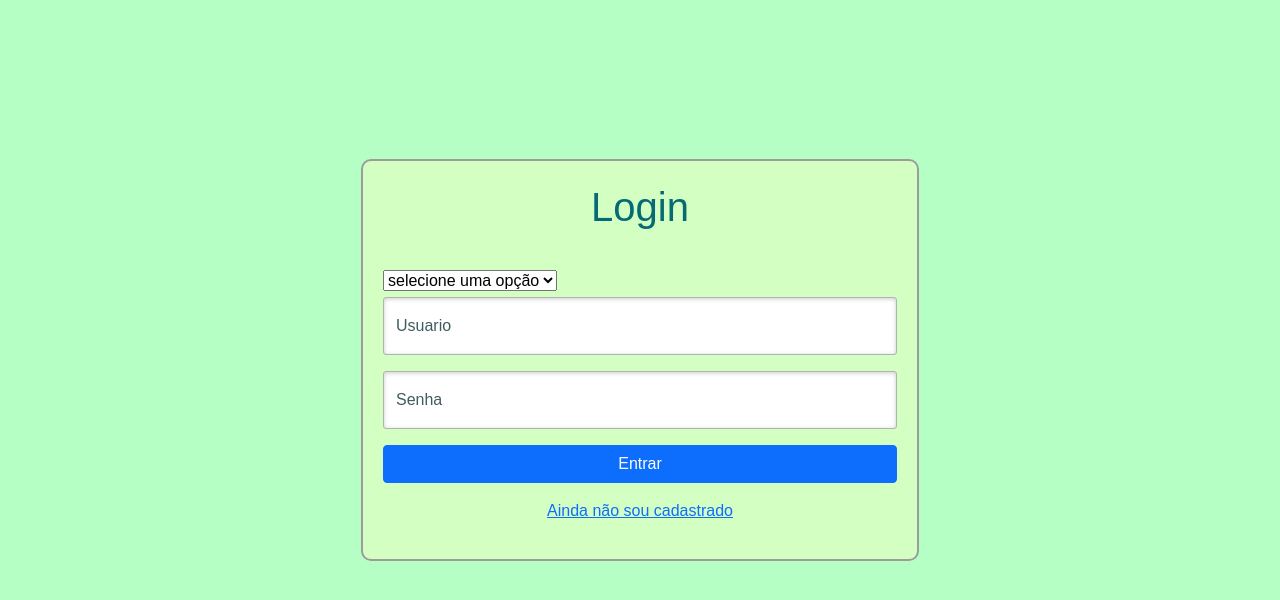
Repository: DavidCostaMariano/gsjava
Page: http://localhost/GsJava/form/formAgendarConsulta.jsp
An editor plug-in stored every save of this project. The page is shown before and after the next save, followed by the edit.
The browser window is 1280 px wide. The pictures show the whole page.
The page is served by Tomcat 9. Other server files are loaded and not shown.

Above is the page before, as saved 2023-11-15 19:15:56.

### GsJava/src/main/webapp/form/formAgendarConsulta.jsp
<%@ page language="java" contentType="text/html; charset=UTF-8"
	pageEncoding="UTF-8"%>
<!DOCTYPE html>
<html>
<head>
<meta charset="ISO-8859-1">
<title>Cliente - Agendar Consulta</title>
<meta name="viewport" content="width=device-width, initial-scale=1.0">
<link rel="stylesheet" type="text/css" href="css/estilo.css" />
<link
	href="https://cdn.jsdelivr.net/npm/bootstrap@5.0.2/dist/css/bootstrap.min.css"
	rel="stylesheet"
	integrity="sha384-EVSTQN3/azprG1Anm3QDgpJLIm9Nao0Yz1ztcQTwFspd3yD65VohhpuuCOmLASjC"
	crossorigin="anonymous">

</head>

<body>
	<div class="container">

		<form method="post" action="login">
			<h1>Login</h1>
			<select>
			<option value="0" disabled selected>selecione uma opção</option>
			<option value="1">Cardiologia</option>
			<option value="2">Neurologista</option>
			<option value="3">Psiquiatria</option>
			</select>
			<div class="form-floating mb-3">
				<input type="text" name="floatingInputLogin"
					class="form-control w-100" id="floatingInputLogin"
					placeholder="name@example.com"> <label
					for="floatingInputLogin">Usuario</label>
			</div>
			<div class="form-floating mb-3">
				<input type="password" name="floatingInputSenha"
					class="form-control w-100" id="floatingInputSenha"
					placeholder="MinhaSenha"> <label for="floatingInput">Senha</label>
			</div>
			<div class="d-flex justify-content-center row">
				<div class="col-12">

					<button type="submit" class="btn btn-primary w-100">Entrar</button>
				</div>
				<div class="col-12 text-center pt-3">
					<p>
						<a href="form/formCadastro.jsp">Ainda não sou cadastrado</a>
					</p>

				</div>
			</div>
		</form>
	</div>
	<script
		src="https://cdn.jsdelivr.net/npm/bootstrap@5.0.2/dist/js/bootstrap.bundle.min.js"
		integrity="sha384-MrcW6ZMFYlzcLA8Nl+NtUVF0sA7MsXsP1UyJoMp4YLEuNSfAP+JcXn/tWtIaxVXM"
		crossorigin="anonymous"></script>

</body>

</html>

### GsJava/src/main/webapp/css/estilo.css
@charset "ISO-8859-1";

body {
    height: 100vh;
    background-color: #54ff776e!important;
}

*,
*:before,
*:after {
    margin: 0;
    padding: 0;
    font-family: Arial, sans-serif;
}

/* remove a linha dos links */
a {
    text-decoration: none;
}
/* esconde as ancoras da tela */
a.links {
    display: none;
}
form{
    width: 50%;
    border: 2px #9c9c9c solid;
    border-radius: 10px;
    padding: 20px;
    background-color: #fdffc06e;
}
.container {
    height: 100%;
    display: flex;
    justify-content: center;
    align-items: center;
}

.content {
    width: 500px;
    min-height: 560px;
    margin: 0px auto;
    position: relative;
}

h1 {
    font-size: 48px;
    color: #066a75;
    padding: 2px 0 10px 0;
    font-family: Arial, sans-serif;
    font-weight: bold;
    text-align: center;
    padding-bottom: 30px;
}

/* h1:after {
    content: ' ';
    display: block;
    width: 100%;
    height: 2px;
    margin-top: 10px;
    background: -webkit-linear-gradient(left, rgba(147, 184, 189, 0) 0%, rgba(147, 184, 189, 0.8) 20%, rgba(147, 184, 189, 1) 53%, rgba(147, 184, 189, 0.8) 79%, rgba(147, 184, 189, 0) 100%);
    background: linear-gradient(left, rgba(147, 184, 189, 0) 0%, rgba(147, 184, 189, 0.8) 20%, rgba(147, 184, 189, 1) 53%, rgba(147, 184, 189, 0.8) 79%, rgba(147, 184, 189, 0) 100%);
}
 */
p {
    margin-bottom: 15px;
}

.content p:first-child {
    margin: 0px;
}

label {
    color: #405c60;
    position: relative;
}

/* placeholder */
::-webkit-input-placeholder {
    color: #bebcbc;
    font-style: italic;
}

input:-moz-placeholder,
textarea:-moz-placeholder {
    color: #bebcbc;
    font-style: italic;
}

input {
    outline: none;
}

/*estilo dos input,  menos o checkbox */
input:not([type="checkbox"]) {
    width: 95%;
    margin-top: 4px;
    padding: 10px;
    border: 1px solid #b2b2b2;

    -webkit-border-radius: 3px;
    border-radius: 3px;

    -webkit-box-shadow: 0px 1px 4px 0px rgba(168, 168, 168, 0.6) inset;
    box-shadow: 0px 1px 4px 0px rgba(168, 168, 168, 0.6) inset;

    -webkit-transition: all 0.2s linear;
    transition: all 0.2s linear;
}

/*estilo do botão submit */
input[type="submit"] {
    width: 100% !important;
    cursor: pointer;
    background: rgb(61, 157, 179);
    padding: 8px 5px;
    color: #fff;
    font-size: 20px;
    border: 1px solid #fff;
    margin-bottom: 10px;
    text-shadow: 0 1px 1px #333;

    -webkit-border-radius: 5px;
    border-radius: 5px;

    transition: all 0.2s linear;
}

/*estilo do botão submit no hover */
input[type="submit"]:hover {
    background: #4ab3c6;
}

.link {
    position: absolute;
    background: #e1eaeb;
    color: #7f7c7c;
    left: 0px;
    height: 20px;
    width: 440px;
    padding: 17px 30px 20px 30px;
    font-size: 16px;
    text-align: right;
    border-top: 1px solid #dbe5e8;

    -webkit-border-radius: 0 0 5px 5px;
    border-radius: 0 0 5px 5px;
}

.link a {
    font-weight: bold;
    background: #f7f8f1;
    padding: 6px;
    color: rgb(29, 162, 193);
    margin-left: 10px;
    border: 1px solid #cbd518;

    -webkit-border-radius: 4px;
    border-radius: 4px;

    -webkit-transition: all 0.4s linear;
    transition: all 0.4s linear;
}

.link a:hover {
    color: #39bfd7;
    background: #f7f7f7;
    border: 1px solid #4ab3c6;
}

#cadastro,
#login {
    position: absolute;
    padding: 18px 6% 60px 6%;
    margin: 0 0 35px 0;
    background: #f7f7f7;
    border: 1px solid rgba(147, 184, 189, 0.8);
    border-radius: 5px;
}

/* Efeito ao clicar no botão ( Ir para Login ) */
#paracadastro:target~.content #cadastro,
#paralogin:target~.content #login {
    z-index: 2;
    -webkit-animation-name: fadeInLeft;
    animation-name: fadeInLeft;

    -webkit-animation-delay: .1s;
    animation-delay: .1s;
}

/* Efeito ao clicar no botão ( Cadastre-se ) */
#registro:target~.content #login,
#paralogin:target~.content #cadastro {
    -webkit-animation-name: fadeOutLeft;
    animation-name: fadeOutLeft;
}

/*fadeInLeft*/
@-webkit-keyframes fadeInLeft {
    0% {
        opacity: 0;
        -webkit-transform: translateX(-20px);
    }

    100% {
        opacity: 1;
        -webkit-transform: translateX(0);
    }
}

@keyframes fadeInLeft {
    0% {
        opacity: 0;
        transform: translateX(-20px);
    }

    100% {
        opacity: 1;
        transform: translateX(0);
    }
}

/*fadeOutLeft*/
@-webkit-keyframes fadeOutLeft {
    0% {
        opacity: 1;
        -webkit-transform: translateX(0);
    }

    100% {
        opacity: 0;
        -webkit-transform: translateX(-20px);
    }
}

@keyframes fadeOutLeft {
    0% {
        opacity: 1;
        transform: translateX(0);
    }

    100% {
        opacity: 0;
        transform: translateX(-20px);
    }
}

After the next save:
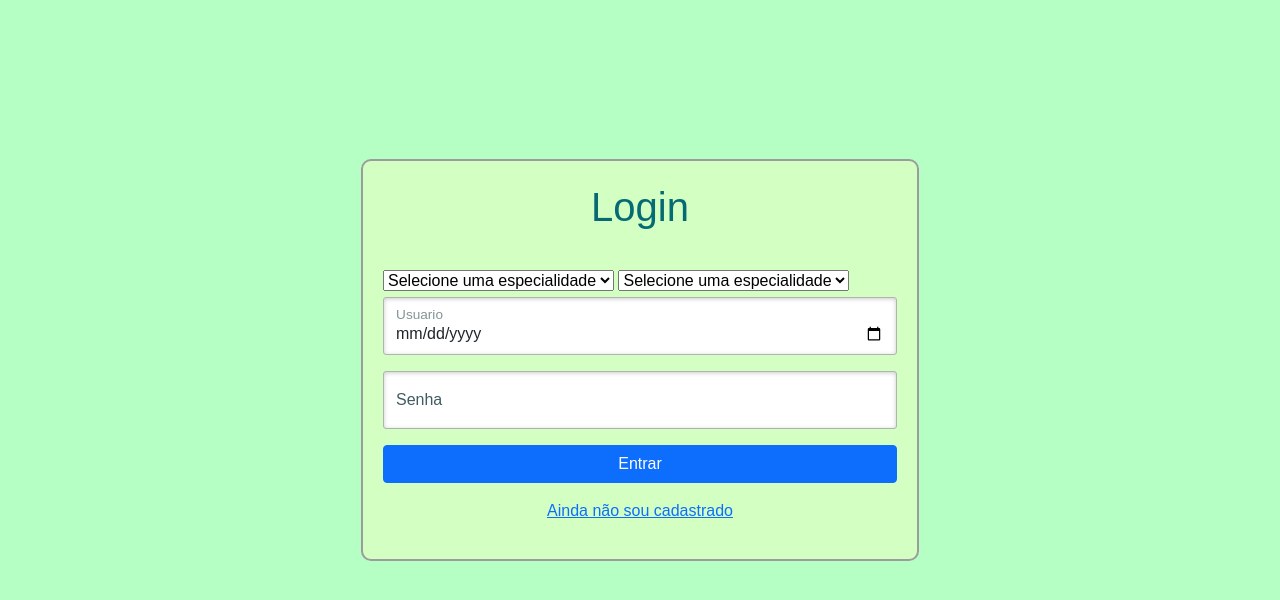
Saved 3 min 8 s later.
--- a/GsJava/src/main/webapp/form/formAgendarConsulta.jsp
+++ b/GsJava/src/main/webapp/form/formAgendarConsulta.jsp
@@ -20,14 +20,22 @@
 
 		<form method="post" action="login">
 			<h1>Login</h1>
+			<!-- Aqui o cara seleciona a especialidade e a gente carrega a lista de médicos que atendem aquela especialidade -->
 			<select>
-			<option value="0" disabled selected>selecione uma opção</option>
-			<option value="1">Cardiologia</option>
-			<option value="2">Neurologista</option>
-			<option value="3">Psiquiatria</option>
+				<option disabled selected>Selecione uma especialidade</option>
+				<option value="1">Cardiologia</option>
+				<option value="2">Neurologista</option>
+				<option value="3">Psiquiatria</option>
+			</select>
+
+			<select>
+				<option disabled selected>Selecione uma especialidade</option>
+				<option value="1">Cardiologia</option>
+				<option value="2">Neurologista</option>
+				<option value="3">Psiquiatria</option>
 			</select>
 			<div class="form-floating mb-3">
-				<input type="text" name="floatingInputLogin"
+				<input type="date" name="floatingInputLogin"
 					class="form-control w-100" id="floatingInputLogin"
 					placeholder="name@example.com"> <label
 					for="floatingInputLogin">Usuario</label>
